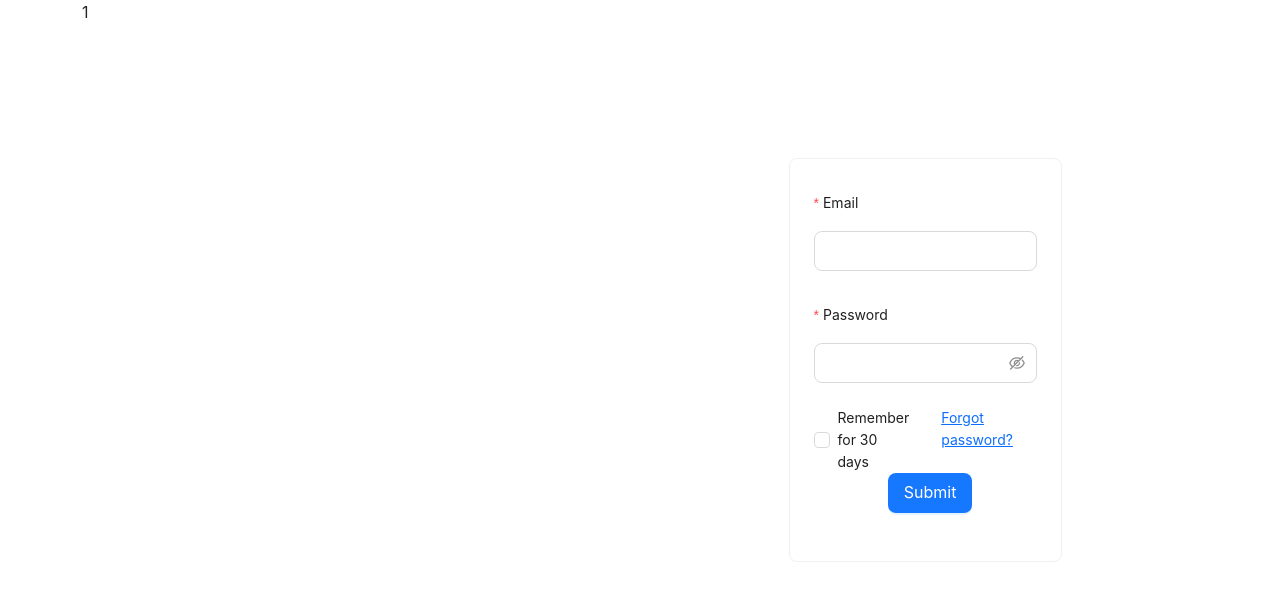
Repository: di-huynh-dev/kanban-inventory-management
Page: /
These files come from the project's save history. The page is drawn as it stood at one moment and after the next save; the edit follows.
The browser window is 1280 px wide. The pictures show the whole page.
The project was rebuilt for these pictures with package versions that can differ from the ones it lists, and the page was loaded fresh each time. Also part of the build but not shown: src/App.css, src/pages/auth/SignUp.tsx, src/routers/MainRouter.tsx.

Above is the page before, as saved 2024-09-07 12:04:00.

### public/index.html
<!DOCTYPE html>
<html lang="en">
  <head>
    <meta charset="utf-8" />
    <link rel="icon" href="%PUBLIC_URL%/favicon.ico" />
    <meta name="viewport" content="width=device-width, initial-scale=1" />
    <meta name="theme-color" content="#000000" />
    <meta
      name="description"
      content="Web site created using create-react-app"
    />
    <link rel="apple-touch-icon" href="%PUBLIC_URL%/logo192.png" />
    <link
      rel="stylesheet"
      href="https://cdn.jsdelivr.net/npm/bootstrap@5.3.2/dist/css/bootstrap.min.css"
      integrity="sha384-T3c6CoIi6uLrA9TneNEoa7RxnatzjcDSCmG1MXxSR1GAsXEV/Dwwykc2MPK8M2HN"
      crossorigin="anonymous"
    />
    <!--
      manifest.json provides metadata used when your web app is installed on a
      user's mobile device or desktop. See https://developers.google.com/web/fundamentals/web-app-manifest/
    -->
    <link rel="manifest" href="%PUBLIC_URL%/manifest.json" />
    <!--
      Notice the use of %PUBLIC_URL% in the tags above.
      It will be replaced with the URL of the `public` folder during the build.
      Only files inside the `public` folder can be referenced from the HTML.

      Unlike "/favicon.ico" or "favicon.ico", "%PUBLIC_URL%/favicon.ico" will
      work correctly both with client-side routing and a non-root public URL.
      Learn how to configure a non-root public URL by running `npm run build`.
    -->
    <title>React App</title>
  </head>
  <body>
    <noscript>You need to enable JavaScript to run this app.</noscript>
    <div id="root"></div>
    <!--
      This HTML file is a template.
      If you open it directly in the browser, you will see an empty page.

      You can add webfonts, meta tags, or analytics to this file.
      The build step will place the bundled scripts into the <body> tag.

      To begin the development, run `npm start` or `yarn start`.
      To create a production bundle, use `npm run build` or `yarn build`.
    -->
  </body>
</html>

### src/index.css
body {
  margin: 0;
  font-family: -apple-system, BlinkMacSystemFont, 'Segoe UI', 'Roboto', 'Oxygen', 'Ubuntu', 'Cantarell', 'Fira Sans',
    'Droid Sans', 'Helvetica Neue', sans-serif;
  -webkit-font-smoothing: antialiased;
  -moz-osx-font-smoothing: grayscale;
}

code {
  font-family: source-code-pro, Menlo, Monaco, Consolas, 'Courier New', monospace;
}

.content-center {
  height: 100vh;
  justify-content: center;
  align-items: center;
  display: flex;
}

### src/App.tsx
import './App.css'
import Routers from './routers/Routers'

function App() {
  return <Routers />
}

export default App

### src/routers/Routers.tsx
import AuthRouter from './AuthRouter'
import MainRouter from './MainRouter'

const Routers = () => {
  return 1 < 2 ? <AuthRouter></AuthRouter> : <MainRouter></MainRouter>
}

export default Routers

### src/routers/AuthRouter.tsx
import { createBrowserRouter, RouterProvider } from 'react-router-dom'
import { LoginPage, SignUpPage } from '../pages'

const authRouter = createBrowserRouter([
  {
    path: '/',
    element: <LoginPage></LoginPage>,
  },
  {
    path: '/sign-up',
    element: <SignUpPage></SignUpPage>,
  },
])
const AuthRouter = () => {
  return (
    <div className="container">
      <div className="row">
        <div className="col">1</div>
        <div className="col content-center">
          <RouterProvider router={authRouter} />
        </div>
      </div>
    </div>
  )
}

export default AuthRouter

### src/pages/index.ts
import LoginPage from './auth/Login'
import SignUpPage from './auth/SignUp'

export { LoginPage, SignUpPage }

### src/pages/auth/Login.tsx
import type { FormProps } from 'antd'
import { Button, Card, Checkbox, Form, Input } from 'antd'
import { useState } from 'react'
import { Link } from 'react-router-dom'

type FieldType = {
  email?: string
  password?: string
  remember?: string
}

const LoginPage = () => {
  const [isLoading, setIsLoading] = useState(false)
  const [isRemember, setIsRemember] = useState(false)

  const onFinish: FormProps<FieldType>['onFinish'] = (values) => {
    console.log('Success:', values)
  }

  const onFinishFailed: FormProps<FieldType>['onFinishFailed'] = (errorInfo) => {
    console.log('Failed:', errorInfo)
  }
  return (
    <>
      <Card
        style={{
          width: '50%',
        }}
      >
        <Form
          layout="vertical"
          initialValues={{ remember: true }}
          onFinish={onFinish}
          onFinishFailed={onFinishFailed}
          disabled={isLoading}
          size="large"
        >
          <Form.Item<FieldType> label="Email" name="email" rules={[{ required: true, message: 'Enter your email' }]}>
            <Input />
          </Form.Item>

          <Form.Item<FieldType> label="Password" name="password" rules={[{ required: true, message: '**********' }]}>
            <Input.Password />
          </Form.Item>

          <div className="row">
            <div className="col">
              <Checkbox checked={isRemember} onChange={(val) => setIsRemember(val.target.checked)}>
                Remember for 30 days
              </Checkbox>
            </div>
            <div className="col text-right">
              <Link to={'/'}>Forgot password?</Link>
            </div>
          </div>

          <Form.Item wrapperCol={{ offset: 8, span: 16 }}>
            <Button type="primary" htmlType="submit">
              Submit
            </Button>
          </Form.Item>
        </Form>
      </Card>
    </>
  )
}

export default LoginPage

Loaded but not shown: src/index.tsx (common file); src/reportWebVitals.ts (common file)

After the next save:
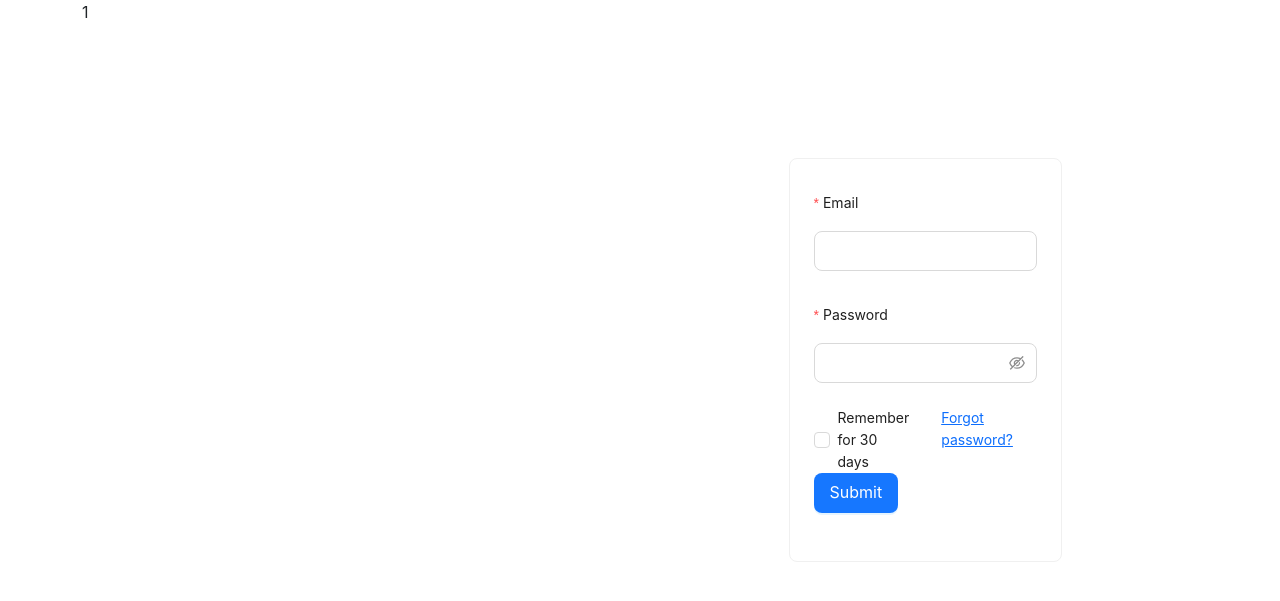
Saved 5 s later.
--- a/src/pages/auth/Login.tsx
+++ b/src/pages/auth/Login.tsx
@@ -54,7 +54,7 @@ const LoginPage = () => {
             </div>
           </div>
 
-          <Form.Item wrapperCol={{ offset: 8, span: 16 }}>
+          <Form.Item>
             <Button type="primary" htmlType="submit">
               Submit
             </Button>
